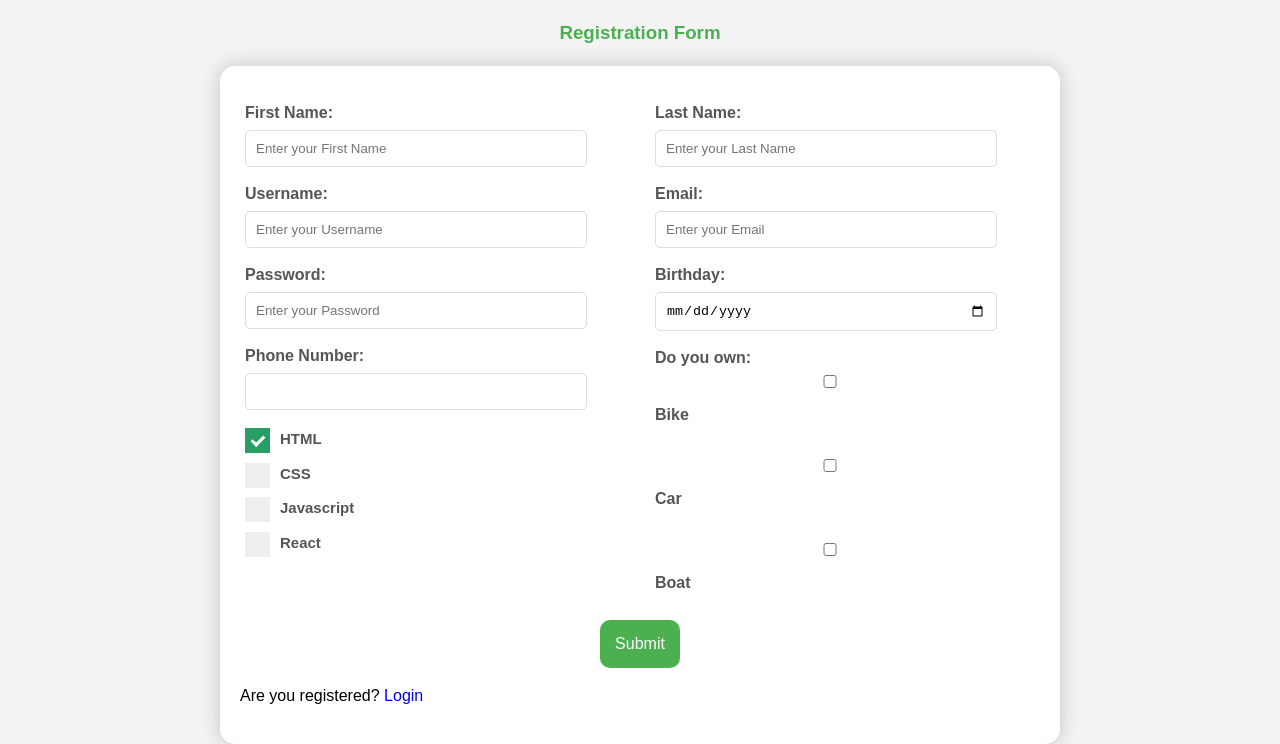
Repository: alizey12/Regestratin-Form-js
Page: regester.html
An editor plug-in stored every save of this project. The page is shown before and after the next save, followed by the edit.
The browser window is 1280 px wide. The pictures show the whole page.

Above is the page before, as saved 2024-11-29 18:48:09.

### regester.html
<!DOCTYPE html>
<html lang="en">
<head>
    <meta charset="UTF-8">
    <meta name="viewport" content="width=device-width, initial-scale=1.0">
    <link rel="stylesheet" href="regester.css">
    <title>Registration Form</title>
</head>
<body>
    <h3>Registration Form</h3>
    <div class="main">
        <form action="">
            <div class="grid-container">
                <div>
                    <label for="first">First Name:</label>
                    <input type="text" id="first" name="first" placeholder="Enter your First Name" required>

                    <label for="username">Username:</label>
                    <input type="text" id="username" name="username" placeholder="Enter your Username" required>

                    <label for="password">Password:</label>
                    <input type="password" id="password" name="password" placeholder="Enter your Password" required>

                    <label for="quantity">Phone Number:</label>
                    <input type="number" id="quantity" name="quantity" min="1" max="15">

                    <h3></h3>
                    <label class="container">HTML
                        <input type="checkbox" checked="checked">
                        <span class="checkmark"></span>
                      </label>

                      <label class="container">CSS
                        <input type="checkbox">
                        <span class="checkmark"></span>
                      </label>

                      <label class="container">Javascript
                        <input type="checkbox">
                        <span class="checkmark"></span>
                      </label>

                      <label class="container">React
                        <input type="checkbox">
                        <span class="checkmark"></span>
                      </label>


                </div>
                <div>
                    <label for="second">Last Name:</label>
                    <input type="text" id="second" name="second" placeholder="Enter your Last Name" required>

                    <label for="email">Email:</label>
                    <input type="email" id="email" name="email" placeholder="Enter your Email" required>

                    <label for="birthday">Birthday:</label>
                    <input type="date" id="birthday" name="birthday">

                    <label>Do you own:</label>
                    <input type="checkbox" id="vehicle1" name="vehicle1" value="Bike">
                    <label for="vehicle1">Bike</label><br>
                    <input type="checkbox" id="vehicle2" name="vehicle2" value="Car">
                    <label for="vehicle2">Car</label><br>
                    <input type="checkbox" id="vehicle3" name="vehicle3" value="Boat">
                    <label for="vehicle3">Boat</label>
                </div>
            </div>
            <div class="wrap">
                <button type="submit">Submit</button>
            </div>
        </form>
        <p>Are you registered?
            <a href="signin.html" style="text-decoration: none;">Login</a>
        </p>
    </div>
</body>
</html>

### regester.css
body {
    display: flex;
    align-items: center;
    justify-content: center;
    font-family: sans-serif;
    line-height: 1.5;
    min-height: 100vh;
    background: #f3f3f3;
    flex-direction: column;
    margin: 0;
}

.main {
    background-color: #fff;
    border-radius: 15px;
    box-shadow: 0 0 20px rgba(0, 0, 0, 0.2);
    padding: 20px;
    transition: transform 0.2s;
    width: 800px;
}

h3 {
    color: #4CAF50;
    text-align: center;
}

label {
    display: block;
    margin-top: 10px;
    margin-bottom: 5px;
    text-align: left;
    color: #555;
    font-weight: bold;
}

input {
    display: block;
    width: 90%;
    margin-bottom: 15px;
    padding: 10px;
    box-sizing: border-box;
    border: 1px solid #ddd;
    border-radius: 5px;
}

button {
    padding: 15px;
    border-radius: 10px;
    margin-top: 15px;
    border: none;
    color: white;
    cursor: pointer;
    background-color: #4CAF50;
    font-size: 16px;
}

.wrap {
    display: flex;
    justify-content: center;
    align-items: center;
}

.grid-container {
    display: grid;

    grid-template-columns: 1fr 1fr;
    gap: 20px;
}

.grid-container div {
    padding: 5px;
}


/* Customize the label (the container) */
.container {
    display: block;
    position: relative;
    padding-left: 35px;
    margin-bottom: 12px;
    cursor: pointer;
    font-size: 15px;
    -webkit-user-select: none;
    -moz-user-select: none;
    -ms-user-select: none;
    user-select: none;
  }

  /* Hide the browser's default checkbox */
  .container input {
    position: absolute;
    opacity: 0;
    cursor: pointer;
    height: 0;
    width: 0;
  }

  /* Create a custom checkbox */
  .checkmark {
    position: absolute;
    top: 0;
    left: 0;
    height: 25px;
    width: 25px;
    background-color: #eee;
  }

  /* On mouse-over, add a grey background color */
  .container:hover input ~ .checkmark {
    background-color: #ccc;
  }

  /* When the checkbox is checked, add a blue background */
  .container input:checked ~ .checkmark {
    background-color: #279e63;
  }

  /* Create the checkmark/indicator (hidden when not checked) */
  .checkmark:after {
    content: "";
    position: absolute;
    display: none;
  }

  /* Show the checkmark when checked */
  .container input:checked ~ .checkmark:after {
    display: block;
  }

  /* Style the checkmark/indicator */
  .container .checkmark:after {
    left: 9px;
    top: 5px;
    width: 5px;
    height: 10px;
    border: solid white;
    border-width: 0 3px 3px 0;
    -webkit-transform: rotate(45deg);
    -ms-transform: rotate(45deg);
    transform: rotate(45deg);
  }

After the next save:
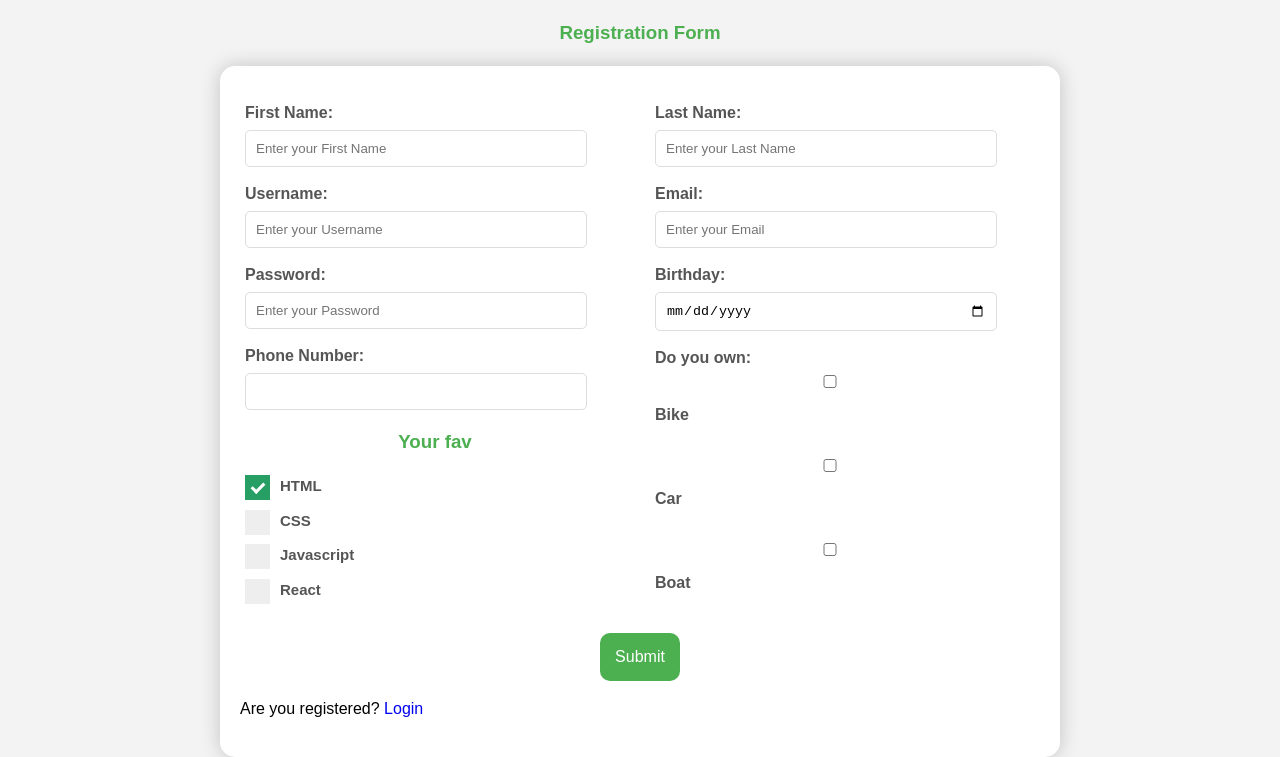
Saved 5 s later.
--- a/regester.html
+++ b/regester.html
@@ -24,7 +24,7 @@
                     <label for="quantity">Phone Number:</label>
                     <input type="number" id="quantity" name="quantity" min="1" max="15">
 
-                    <h3></h3>
+                    <h3>Your fav</h3>
                     <label class="container">HTML
                         <input type="checkbox" checked="checked">
                         <span class="checkmark"></span>
